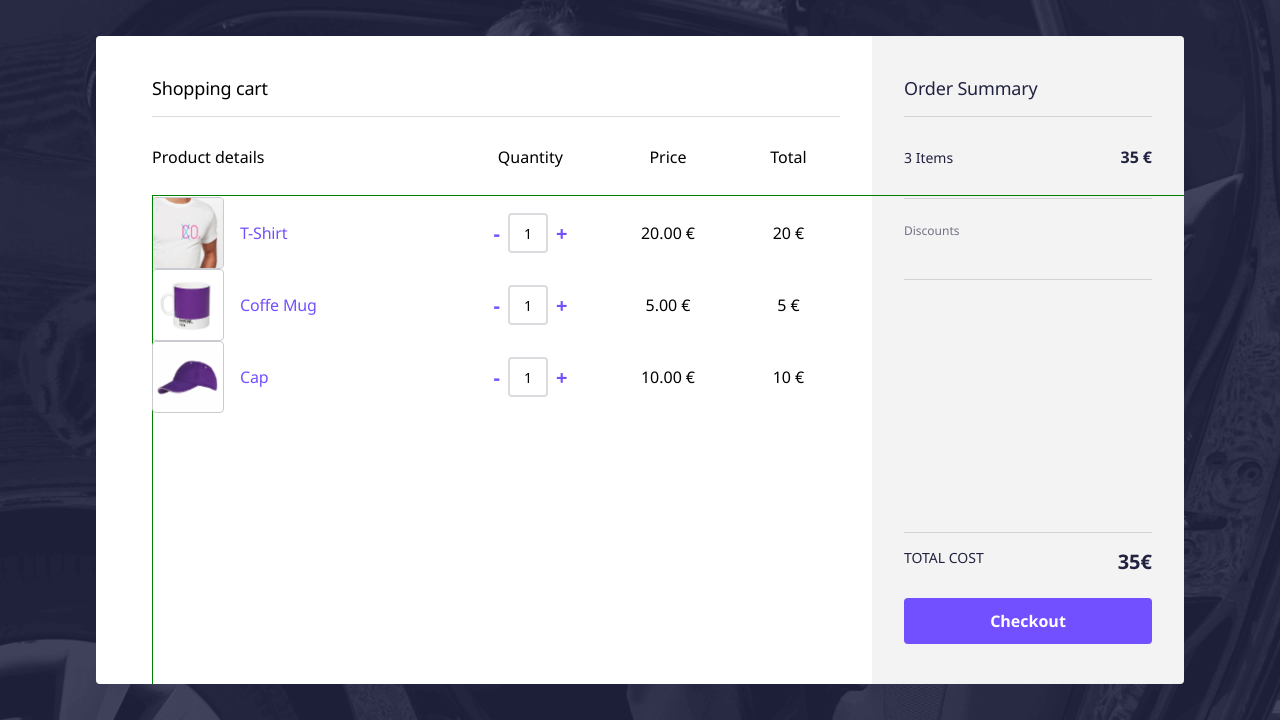
Repository: banchiec/challengecbfy
Page: /
The author's editor kept a copy of each file at every save. The page is drawn from the files as they stood at one save, then again after the next save.
The browser window is 1280 px wide. The pictures show the whole page.
An inner scrolling area shows only its first screen. Some web fonts or font styles are not loaded; a fallback is used. The project was rebuilt for these pictures with package versions that can differ from the ones it lists, and the page was loaded fresh each time. Also part of the build but not shown: craco.config.js.

Above is the page before, as saved 2021-12-10 12:27:35.

### src/index.js
import './index.css';
import App from './App';
import Checkout from './helpers/checkout'
// here a service should be called to obtain the api data
import { products } from './data/data'

import discounts from './helpers/discounts';

const purchase = new Checkout(products, discounts)
purchase.init()
App(purchase)

### src/index.css
@tailwind base;
@tailwind components;
@tailwind utilities;

body {
  margin: 0;
  font-family: -apple-system, BlinkMacSystemFont, 'Segoe UI', 'Roboto', 'Oxygen',
    'Ubuntu', 'Cantarell', 'Fira Sans', 'Droid Sans', 'Helvetica Neue',
    sans-serif;
  -webkit-font-smoothing: antialiased;
  -moz-osx-font-smoothing: grayscale;
}

code {
  font-family: source-code-pro, Menlo, Monaco, Consolas, 'Courier New',
    monospace;
}

@font-face {
  font-family: 'Avenir';
  src:local('Avenir'), url(./assets/fonts/Avenir-Black.woff) format('woff');
}

### src/App.js
import { render } from 'react-dom';
import Main from './components/main/Main'
import './App.css';

function App(purchase) {
  render(<Main purchase={purchase} />, document.getElementById('root'))
}

export default App;

### src/helpers/checkout.js
export default class Checkout {
    constructor(price, discounts = []) {
        this.price = price.reduce((acc, good) => ({ ...acc, [good.code]: good }), {})
        this.discounts = discounts
        this.cartItems = []
    }
    init() {
        this.scan('TSHIRT')
        this.scan('MUG')
        this.scan('CAP')
    }
    scan(code, argument = 1) {
        const currentCartItem = this.cartItems.find((item) => item.code === code);
        if (currentCartItem) {
            switch (argument) {
                case 1:
                    currentCartItem.count += 1;
                    break;
                case -1:
                    currentCartItem.count -= 1;
                    if (currentCartItem.count === 0) {
                        this.cartItems = this.cartItems.filter((item) => item.code !== code);
                    }
                    break;
                default:
                    currentCartItem.count = argument;
                    break;
            }
            return this;
        }
        const currentPriceItem = this.price[code];
        // console.log(this.price)
        if (currentPriceItem) {
            switch (argument) {
                case 1:
                    this.cartItems.push({ ...currentPriceItem, count: 1 });
                    break;
                case -1:
                    break;
                default:
                    this.cartItems.push({ ...currentPriceItem, count: argument });
            }
            return this;
        }
        return new Error(`product with code ${code} has not been found`);


    }
    get actualDiscounts() {
        return this.discounts.reduce(
            (acc, discount) => {
                const res = discount.check(this.items);
                if (res) return [...acc, res];
                return acc;
            }, [],
        );
    }
    get items() {
        return this.cartItems
    }

    get totalDiscount() {
        return this.actualDiscounts.reduce((acc, { discountAmount }) => acc + discountAmount, 0);
    }
    cost(code) {
        const currentCartItem = this.cartItems.find((item) => item.code === code);
        if (currentCartItem) {
            return currentCartItem.count * currentCartItem.price;
        }
        return null;
    }

    preCalc() {
        return ({
            countItems: this.cartItems.reduce((acc, item) => acc + item.count, 0),
            summaryCost: this.cartItems.reduce((acc, item) => acc + (item.count * item.price), 0),
            actualDiscounts: this.actualDiscounts,
        });
    }

    // method total will return total cost as number
    total() {
        return this.cartItems.reduce(
            (acc, item) => acc + (item.count * item.price),
            0,
        ) - this.totalDiscount;
    }
}

### src/data/data.js
import shirt from '../assets/images/shirt.png'
import mug from '../assets/images/mug.png'
import cap from '../assets/images/cap.png'
export const products = [
    {
        id: '1',
        code: 'TSHIRT',
        name: 'T-Shirt',
        price: '20.00',
        image: shirt
    },
    {
        id: '3',
        code: 'MUG',
        name: 'Coffe Mug',
        price: '5.00',
        image: mug

    },
    {
        id: '4',
        code: 'CAP',
        name: 'Cap',
        price: '10.00',
        image: cap

    }
]

### src/helpers/discounts.js
const discounts = [
    {
        name: '2-for-1-Mug',
        check: (products) => {
            const currentProduct = products.find((product) => product.code === 'MUG')
            if (currentProduct && currentProduct.count > 1) {
                return ({
                    name: '2x1 Mug offer',
                    discountAmount: Math.trunc(currentProduct.count / 2) * currentProduct.price
                })
            }
            return null
        }
    },
    {
        name: 'bulk-discount-shirt',
        check: (products) => {
            const currentProduct = products.find((product) => product.code === 'TSHIRT')
            if (currentProduct && currentProduct.count >= 3) {
                return ({
                    name: 'x3-Shirt-offer',
                    discountAmount: (currentProduct.price / 100) * 5 * currentProduct.count
                })
            }
            return null
        }
    }
]

export default discounts

### src/components/main/Main.js
import { useState } from "react"
import OrderSummery from "../OrderSummery/OrderSummery"
import { ShoppingCart } from "../shoppingCart/ShoppingCart"

export default function Main(props) {
    const { purchase } = props
    const [items, setItems] = useState(purchase.items)

    const initStateSum = purchase.preCalc()
    const initTotalCost = purchase.total()

    const [summary, setSummary] = useState({
        ...initStateSum,
        totalCost: initTotalCost
    })

    const scan = (code) => (op) => (e) => {
        switch (op) {
            case 'dec':
                purchase.scan(code, -1);
                break;
            case 'set':
                purchase.scan(code, Number(e.target.value));
                console.log(e.target.value)
                break;
            case 'inc':
                purchase.scan(code, 1);
                break;
            default:
                // unknown operation
                break;
        }
        // set new cart items list for react
        setItems([...purchase.items]);
        const newSums = purchase.preCalc();
        const newTotalCost = purchase.total();
        setSummary({
            ...newSums,
            totalCost: newTotalCost,
        });

    }
    const cost = (code) => purchase.cost(code)

    return (
        <main className="App">
            <ShoppingCart items={items} scan={scan} cost={cost} />
            <OrderSummery summary={summary} />
        </main>
    )
}

### src/App.css
* {
  box-sizing: border-box;
  outline: none;
}

html,
body,
div,
span,
applet,
object,
iframe,
h1,
h2,
h3,
h4,
h5,
h6,
p,
blockquote,
pre,
a,
abbr,
acronym,
address,
big,
button,
cite,
code,
del,
dfn,
em,
img,
ins,
kbd,
q,
s,
samp,
small,
strike,
strong,
sub,
sup,
tt,
var,
b,
u,
i,
center,
dl,
dt,
dd,
ol,
ul,
li,
fieldset,
form,
label,
legend,
table,
caption,
tbody,
tfoot,
thead,
tr,
th,
td,
article,
aside,
canvas,
details,
embed,
figure,
figcaption,
footer,
header,
hgroup,
menu,
nav,
output,
ruby,
section,
summary,
time,
mark,
audio,
video {
  margin: 0;
  padding: 0;
  border: 0;
  vertical-align: baseline;
  font: 100%;
}

/* HTML5 display-role reset for older browsers */
article,
aside,
details,
figcaption,
figure,
footer,
header,
hgroup,
menu,
nav,
section {
  display: block;
}

body {
  -webkit-font-smoothing: antialiased;
  -moz-osx-font-smoothing: grayscale;
  line-height: 1;
}

ol,
ul {
  list-style: none;
}

blockquote,
q {
  quotes: none;
}

a {
  cursor: pointer;
}

blockquote:before,
blockquote:after,
q:before,
q:after {
  content: none;
}

table {
  border-spacing: 0;
  border-collapse: collapse;
}

a {
  text-decoration: none;
}

input:not([type="checkbox"]):not([type="radio"]),
textarea {
  appearance: none;
}

input[type="number"]::-webkit-outer-spin-button,
input[type="number"]::-webkit-inner-spin-button {
  margin: 0;
  appearance: none;
}

input[type="number"] {
  appearance: textfield;
}

input::-ms-clear {
  display: none;
}

select::-ms-expand {
  display: none;
}

textarea {
  overflow: auto;
  vertical-align: top;
}

input::placeholder {
  opacity: 1;
}

h1.main {
  padding-bottom: 16px;
  border-bottom: 1px solid rgba(33, 34, 64, 0.16);
}

.wrapper.border,
.wrapper-half.border {
  border-bottom: 1px solid rgba(33, 34, 64, 0.16);
}

h2,
.products-list li.products-list-title {
  color: #a6a7b3;
  letter-spacing: 1px;
  font-size: 10px;
  line-height: 16px;
}

h2,
.product-code {
  font-size: 12px;
  line-height: 16px;
}

.product-quantity,
.summary input,
.summary ul li,
.summary-total-cost {
  font-size: 14px;
  line-height: 17px;
}

.product h1 {
  font-size: 16px;
  line-height: 24px;
}

.products button.count,
.summary-total-price {
  font-size: 20px;
  line-height: 25px;
}

h2 {
  color: #717285;
  letter-spacing: 0;
  font-weight: 300;
}

h2 + * {
  margin-top: 16px;
}

body {
  margin: 0;
  padding: 0;
  height: 100vh;
  background-image: url("./assets/images/background.png");
  background-color: #212240;
  background-position: top left;
  background-size: cover;
  font-family: Avenir, "Avenir Next", "Segoe UI", sans-serif;
  font-weight: regular;
}

.App {
  position: fixed;
  top: 50%;
  left: 50%;
  display: flex;
  overflow-x: hidden;
  overflow-y: auto;
  max-width: 1088px;
  max-height: 648px;
  width: calc(100% - 64px);
  height: calc(100% - 64px);
  border-radius: 4px;
  background-color: #ffffff;
  transform: translate(-50%, -50%);
}

h1 {
  position: relative;
  letter-spacing: -0.18px;
  font-size: 18px;
  line-height: 24px;
}

.wrapper {
  padding: 32px 0;
}

.wrapper-half {
  padding: 24px 0;
}

.tableHead {
  padding: 32px 0;
}

.row {
  position: relative;
  display: flex;
  flex-flow: row nowrap;
  justify-content: space-between;
}

.row + .row {
  margin-top: 32px;
}

[class*="col-"] {
  display: flex;
  align-items: center;
}

[class*="col-"]:nth-child(n + 2) {
  justify-content: center;
}

.col-product {
  width: 45%;
}

.col-quantity {
  width: 20%;
}

.col-price {
  width: 20%;
}

.col-total {
  width: 15%;
}

input {
  width: 100%;
  height: 48px;
  border-radius: 4px;
}

.currency {
  margin-left: 4px;
}

.products {
  padding: 40px 32px 40px 56px;
}

.products button.count {
  padding: 0 8px;
  height: 40px;
  border: none;
  background: transparent;
  color: #7350ff;
  font-weight: bold;
  cursor: pointer;
}

.products {
  flex: 1;
}

.products-list {
  position: relative;
  width: 100%;
}

.product-image {
  display: flex;
  align-items: center;
  flex-flow: row nowrap;
}

.product-image img {
  margin-right: 16px;
  width: 72px;
  height: 72px;
  border: 1px solid #cacad1;
  border-radius: 4px;
}

.product-code {
  border-radius: 4px;
  color: #a6a7b3;
  letter-spacing: 0.13px;
  font-weight: 400;
}

.product-quantity {
  width: 40px;
  height: 40px;
  border: 2px solid #dbdbe0;
  border-radius: 4px;
  text-align: center;
}

.product-price {
  color: #000000;
  font-size: 16px;
}

.product .clear {
  border: none;
  background: transparent;
}

.product .clear span {
  position: relative;
  display: block;
  width: 16px;
  height: 16px;
}

.product .clear span:before,
.product .clear span:after {
  content: "";
  position: absolute;
  top: 8px;
  left: 2px;
  display: block;
  width: 12px;
  height: 2px;
  border-radius: 8px;
  background-color: #a6a7b3;
  transform: rotate(-45deg);
  transform-origin: center center;
}

.product .clear span:before {
  transform: rotate(45deg);
}

.product h1 {
  color: #7350ff;
}

.summary {
  display: flex;
  flex-flow: column wrap;
  padding: 40px 32px;
  width: 312px;
  background-color: #f3f3f3;
  color: #212240;
}

.summary > * {
  width: 100%;
}

.summary-items-price {
  font-size: 16px;
  font-weight: bold;
}

.summary input {
  margin: 8px auto;
  color: #a6a7b3;
  text-indent: 16px;
  text-transform: uppercase;
}

.summary input::placeholder {
  color: #a6a7b3;
  text-transform: lowercase;
}

.summary ul li {
  display: flex;
  justify-content: space-between;
}

.summary ul li > *:nth-child(2) {
  font-weight: bold;
}

.summary ul li + li {
  margin-top: 20px;
}

.summary-total {
  align-self: flex-end;
  margin-top: auto;
  padding-top: 16px;
  padding-bottom: 0;
  border-top: 1px solid rgba(33, 34, 64, 0.16);
  color: #212240;
}

.summary-total-cost {
  flex-basis: 100%;
  text-transform: uppercase;
}

.summary-total-price {
  font-weight: bold;
}

.summary button[type="submit"] {
  margin-top: 24px;
  padding-top: 16px;
  padding-bottom: 16px;
  width: 100%;
  border-radius: 4px;
  background: #7350ff;
  color: #ffffff;
  font-size: 16px;
  font-weight: bold;
  line-height: 14px;
  cursor: pointer;
}

/* MODAL */
.modal {
  position: absolute ;
  width: 1088px;
  height: 648px;
  left: 176px;
  top: 126px;
  border: 1px solid green;
}
.background {
  position: absolute;
  width: 1440px;
  height: 904px;
  left: 0px;
  top: -2px;
}

### src/components/OrderSummery/OrderSummery.js
import React from 'react';
import { uniqueId } from 'lodash';

function OrderSummery(props) {
    const {
        summary: {
            countItems, summaryCost, actualDiscounts, totalCost,
        },
    } = props;
    return (
        <aside className="summary">
            <h1 className="main">Order Summary</h1>
            <ul className="summary-items wrapper border">
                <li>
                    <span className="summary-items-number">
                        {countItems || 0}
                        {' '}
                        Items
                    </span>
                    <span className="summary-items-price">
                        {summaryCost || 0}
                        <span className="currency">
                            €
                        </span>
                    </span>
                </li>
            </ul>
            <div className="summary-discounts wrapper-half border">
                <h2>Discounts</h2>
                {actualDiscounts && (
                    <ul>
                        {actualDiscounts.map((disc) => (
                            <li key={uniqueId()}>
                                <span>{disc.name}</span>
                                <span>
                                    -
                                    {disc.discountAmount}
                                    {' '}
                                    €
                                </span>
                            </li>
                        ))}
                    </ul>
                )}
            </div>
            <div className="summary-total wrapper">
                <ul>
                    <li>
                        <span className="summary-total-cost">
                            Total cost
                        </span>
                        <span className="summary-total-price">
                            {totalCost || 0}
                            €
                        </span>
                    </li>
                </ul>
                <button type="submit">Checkout</button>
            </div>
        </aside>
    );
}

export default OrderSummery;

### src/components/shoppingCart/ShoppingCart.js
import { uniqueId } from 'lodash'
import { CartString } from '../CartString/CartString'

export const ShoppingCart = (props) => {
    // console.log(props)
    const { items, scan, cost } = props


    const setDetails = (e) => {
        console.log(e)

    }

    return (
        <section className="products">
            <h1 className="main">Shopping cart</h1>
            <ul className="product-list tableHead">
                <li className="products-list-title row">
                    <div className="col-product">Product details</div>
                    <div className="col-quantity">Quantity</div>
                    <div className="col-price">Price</div>
                    <div className="col-total">Total</div>
                </li>
            </ul>
            <ul className="products-list">
                {items.map((item) => (
                    <CartString
                        content={item}
                        scan={scan(item.code)}
                        cost={cost(item.code)}
                        key={uniqueId()}
                        onClick={setDetails}
                    />
                ))}
            </ul>
        </section>
    )
}

### src/components/CartString/CartString.js
import { useState } from 'react'
// import DetailsModal from "../DetailsModal/DetailsModal"

export const CartString = (props) => {
    const [show, setShow] = useState(false)
    const {
        content: {
            productCode,
            name,
            count,
            image,
            price
        },
        scan,
        cost,
    } = props

    const setDetails = (e) => {
        console.log(e)
    }


    return (
        <>
            <div className="modal background">

            </div>
            <li className="product row" onClick={setDetails}>
                <div className="col-product">
                    <figure className="product-image">
                        <img src={image} alt={image} />
                        <div className="product-description">
                            <h1 className="product-description-details">{name}</h1>
                            <p className="product-code">{productCode}</p>
                        </div>
                    </figure>
                </div>
                <div className="col-quantity">
                    <button type="button" className="count" onClick={scan('dec')}>
                        -
                    </button>
                    <input type="text" className="product-quantity" value={count} onChange={scan('set')} />
                    <button type="button" className="count" onClick={scan('inc')}>
                        +
                    </button>
                </div>
                <div className="col-price">
                    <span className="product-price">
                        {price}
                    </span>
                    <span className="product-currency currency">€</span>
                </div>
                <div className="col-total">
                    <span className="product-price">{cost}</span>
                    <span className="product-currency currency">€</span>
                </div>
            </li>
        </>
    )
}

Loaded but not shown: public/index.html (common file); tailwind.config.js (common file)

After the next save:
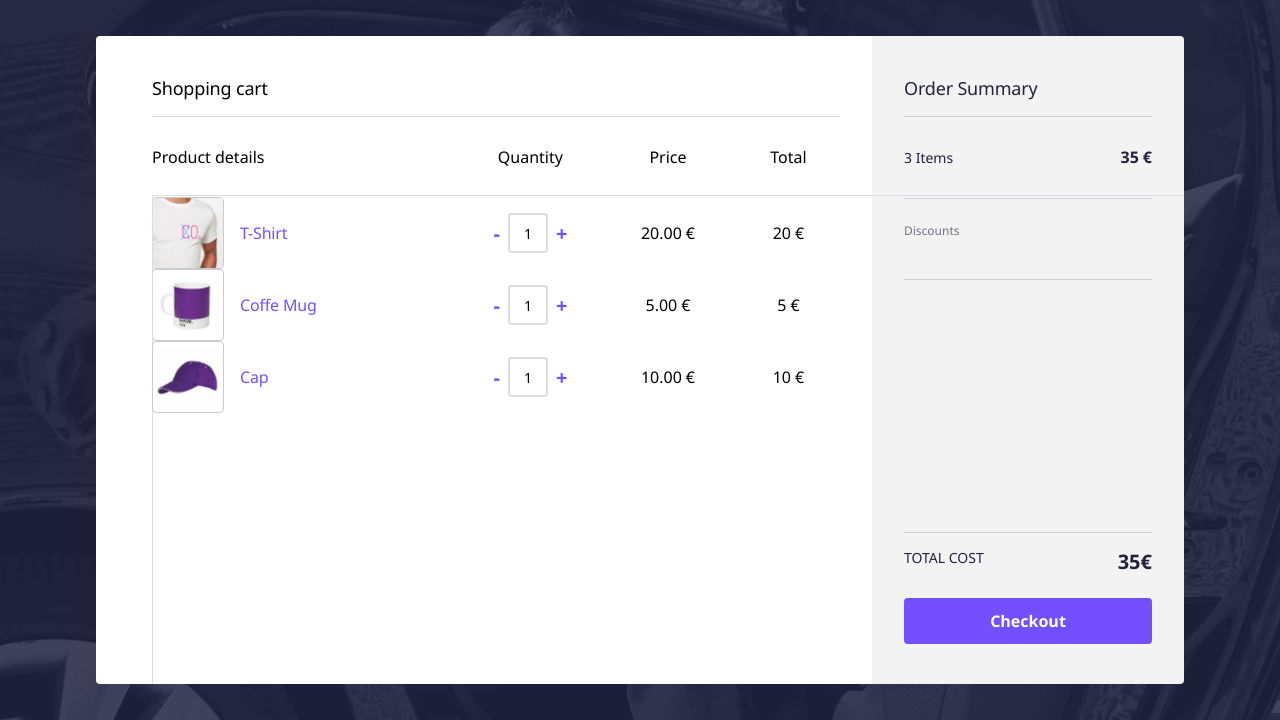
Saved 90 s later.
--- a/src/App.css
+++ b/src/App.css
@@ -495,7 +495,7 @@
   height: 648px;
   left: 176px;
   top: 126px;
-  border: 1px solid green;
+  border: 1px solid #DBDBE0;
 }
 .background {
   position: absolute;

After the 3 saves that followed:
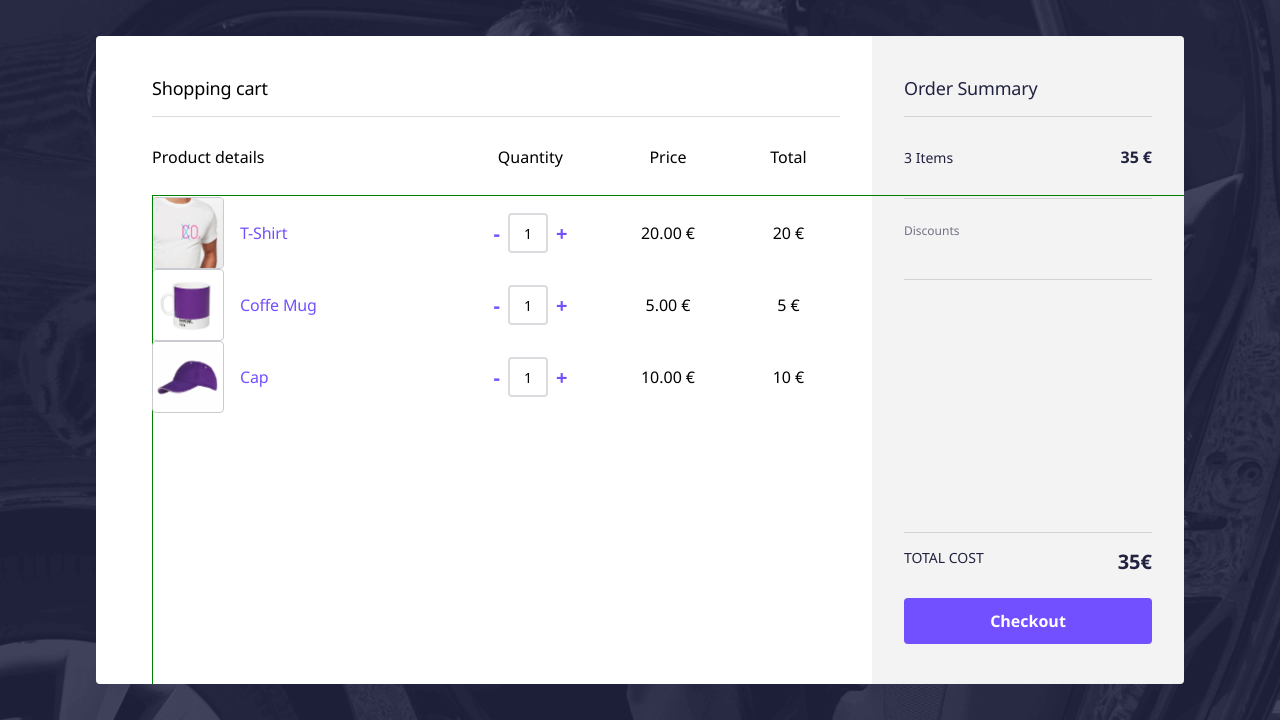
The 3 saves are shown as one change because 2 left the picture as it was.
The last was saved 7 min 38 s later.
--- a/src/App.css
+++ b/src/App.css
@@ -495,7 +495,8 @@
   height: 648px;
   left: 176px;
   top: 126px;
-  border: 1px solid #DBDBE0;
+  border: 1px solid green;
+  /* border: 1px solid #DBDBE0; */
 }
 .background {
   position: absolute;
